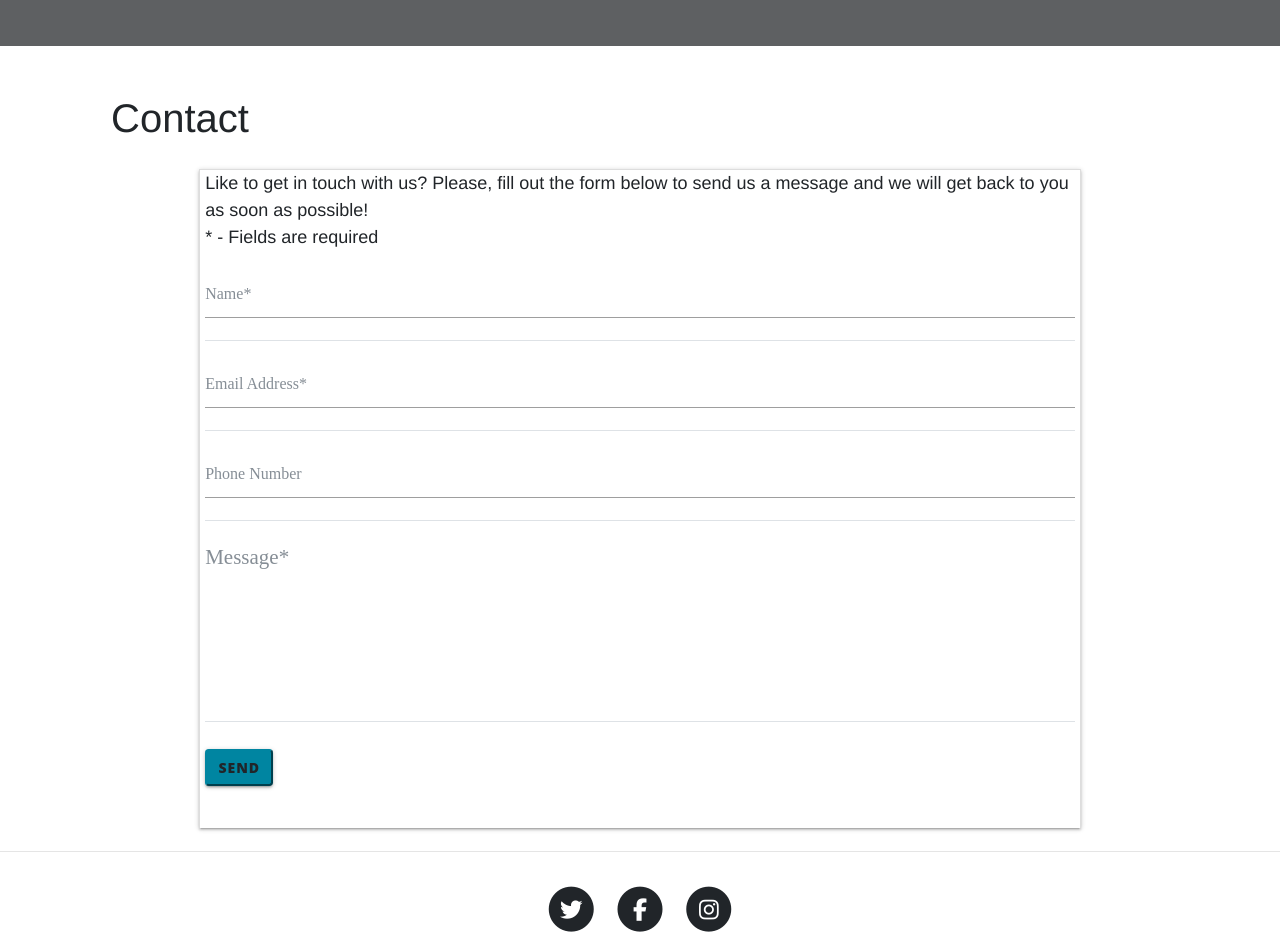
Repository: Code-Institute-Submissions/simas-recipes
Page: http://localhost/contact
The author's editor kept a record of every edit. The page is drawn from the files as they stood at one moment, then again after the next edit.
The browser window is 1280 px wide. The pictures show the part of the page from y = 516 to 1468 px (the page is 1468 px tall).
Pictures or frames that could not be fetched are drawn as grey boxes. Some web fonts or font styles are not loaded; a fallback is used. Some web libraries are served in a nearby version. The page is served by the project's application, run on Flask 3 (run.py).

Above is the page before.

After the next edit:
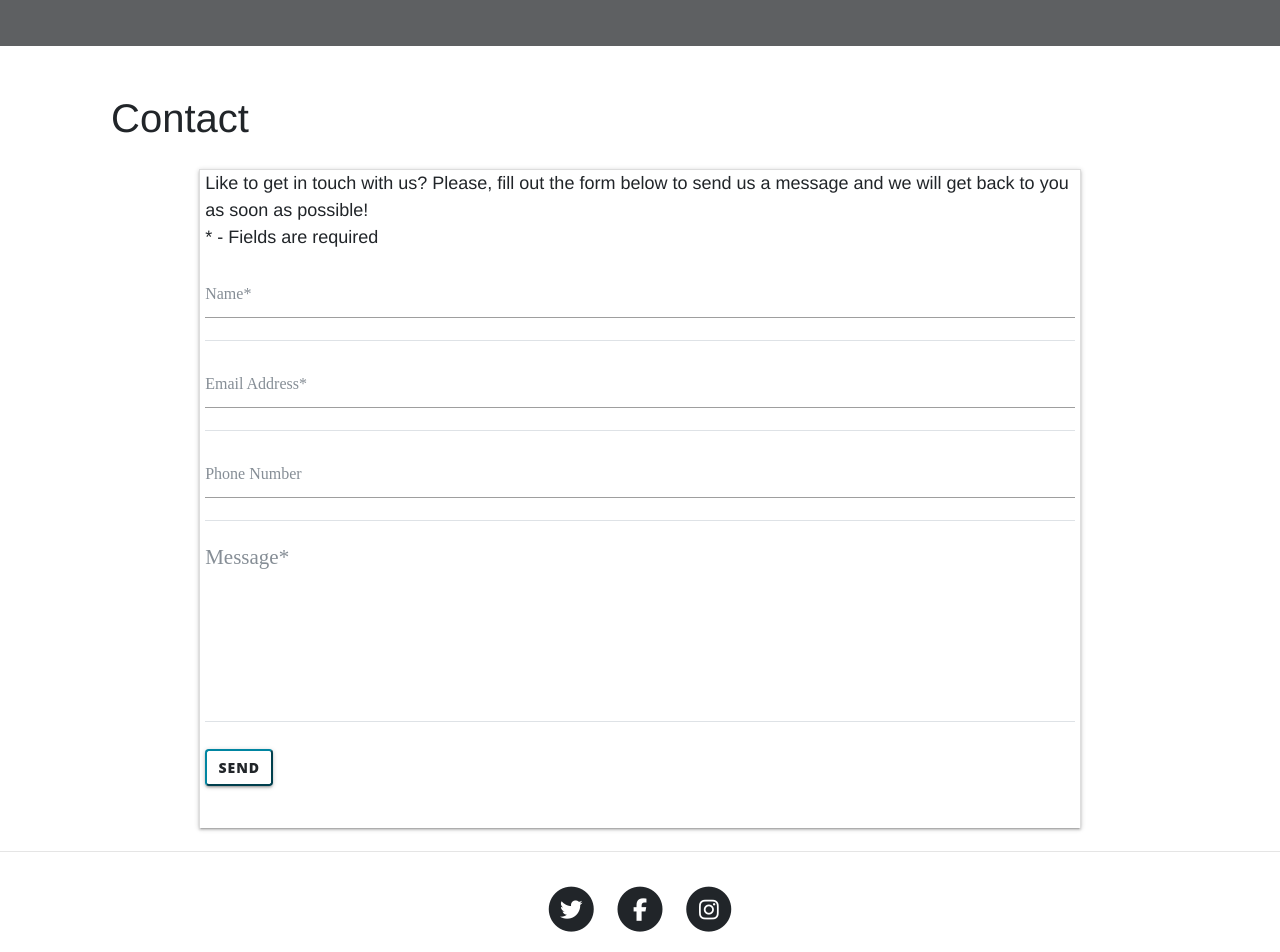
The edit:
--- a/templates/contact.html
+++ b/templates/contact.html
@@ -49,7 +49,7 @@
                 <br>
                 <div id="success"></div>
                 <div class="form-group">
-                    <button type="submit" class="btn btn-primary" id="sendMessageButton">Send</button>
+                    <button type="submit" class="btn waves-effect waves-light" id="sendMessageButton">Send</button>
                 </div>
             </form>
             <br>
